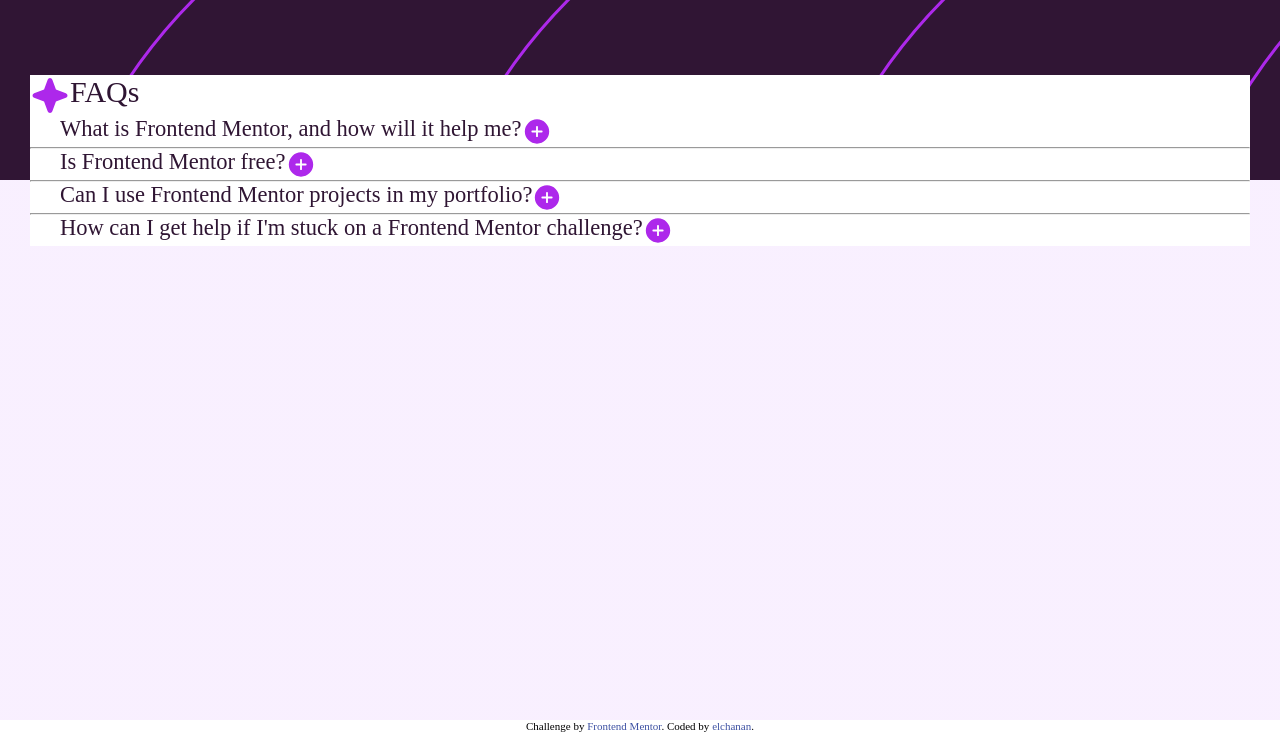
Repository: elchananChen/frontend-mentor-projects
Page: 2024/10/faQs/index.html
An editor plug-in stored every save of this project. The page is shown before and after the next save, followed by the edit.
The browser window is 1280 px wide. The pictures show the whole page.

Above is the page before, as saved 2024-10-13 06:10:24.

### 2024/10/faQs/index.html
<!DOCTYPE html>
<html lang="en">
  <head>
    <meta charset="UTF-8" />
    <meta name="viewport" content="width=device-width, initial-scale=1.0" />

    <link
      rel="icon"
      type="image/png"
      sizes="32x32"
      href="./assets/images/favicon-32x32.png"
    />

    <title>Frontend Mentor | FAQ accordion</title>

    <style>
      .attribution {
        font-size: 11px;
        text-align: center;
      }
      .attribution a {
        color: hsl(228, 45%, 44%);
      }
    </style>
    <link rel="stylesheet" href="./style.css" />
  </head>
  <body>
    <article>
      <div class="card">
        <header>
          <div class="flex">
            <div><img src="./assets/images/icon-star.svg" alt="" /></div>
            <h1>FAQs</h1>
          </div>
        </header>
        <main>
          <div class="flex Q-wrapper">
            <h3>What is Frontend Mentor, and how will it help me?</h3>
            <div><img src="./assets/images/icon-plus.svg" alt="" /></div>
          </div>
          <p class="hidden">
            Frontend Mentor offers realistic coding challenges to help
            developers improve their frontend coding skills with projects in
            HTML, CSS, and JavaScript. It's suitable for all levels and ideal
            for portfolio building.
          </p>
          <hr />
          <div class="flex Q-wrapper">
            <h3>Is Frontend Mentor free?</h3>
            <div><img src="./assets/images/icon-plus.svg" alt="" /></div>
          </div>
          <p class="hidden">
            Yes, Frontend Mentor offers both free and premium coding challenges,
            with the free option providing access to a range of projects
            suitable for all skill levels.
          </p>
          <hr />
          <div class="flex Q-wrapper">
            <h3>Can I use Frontend Mentor projects in my portfolio?</h3>
            <div><img src="./assets/images/icon-plus.svg" alt="" /></div>
          </div>
          <p class="hidden">
            Yes, you can use projects completed on Frontend Mentor in your
            portfolio. It's an excellent way to showcase your skills to
            potential employers!
          </p>
          <hr />
          <div class="flex Q-wrapper">
            <h3>
              How can I get help if I'm stuck on a Frontend Mentor challenge?
            </h3>
            <div><img src="./assets/images/icon-plus.svg" alt="" /></div>
          </div>
          <p class="hidden">
            The best place to get help is inside Frontend Mentor's Discord
            community. There's a help channel where you can ask questions and
            seek support from other community members.
          </p>
        </main>
      </div>
    </article>
    <div class="attribution">
      Challenge by
      <a href="https://www.frontendmentor.io?ref=challenge" target="_blank"
        >Frontend Mentor</a
      >. Coded by <a href="#">elchanan</a>.
    </div>
  </body>
</html>

### 2024/10/faQs/style.css
@import url("./css/reset.css");
@import url("./css/varieble.css");
@import url("./css/fonts.css");
@import url("./css/utilities.css");

article {
  min-height: 100vh;
  width: 100%;
  padding: 2rem;
  padding-block: 5rem;
  background: linear-gradient(180deg, transparent 25%, hsl(275, 100%, 97%) 25%),
    url("./assets/images/background-pattern-mobile.svg");
}
.card {
  /* min-height: 100vh; */
  background-color: var(--color-White);
}
header {
}
h1 {
  font-size: 2rem;
  color: var(--color-Dark-purple);
}
h3 {
  font-size: 1.5rem;
  color: var(--color-Dark-purple);
}
.Q-wrapper {
  padding-inline: 2rem;
}

### 2024/10/faQs/css/reset.css
* {
  box-sizing: border-box;
  margin: 0;
  padding: 0;
}
html {
  font-family: "overpass-Regular";
}
html,
body {
  min-height: 100vh;
  width: 100%;
  font-size: 15px;
}

img {
  display: block;
  max-width: 100%;
}
h1,
h2,
h3,
h4,
h5,
h6 {
  font-size: 1rem;
  font-weight: normal;
}
button {
  border: 0px;
}

ul,
ol {
  padding-left: 0.5rem;
}
a {
  text-decoration: none;
  color: inherit;
}

### 2024/10/faQs/css/varieble.css
:root {
  --color-White: hsl(0, 0%, 100%);
  --color-Light-pink: hsl(275, 100%, 97%);
  --color-Grayish-purple: hsl(292, 16%, 49%);
  --color-Dark-purple: hsl(292, 42%, 14%);
}

### 2024/10/faQs/css/utilities.css
.flex {
  display: flex;
}
.hidden {
  display: none;
}

Loaded but not shown: 2024/10/faQs/css/fonts.css (no copy from this time; the picture is the same without it)

After the next save:
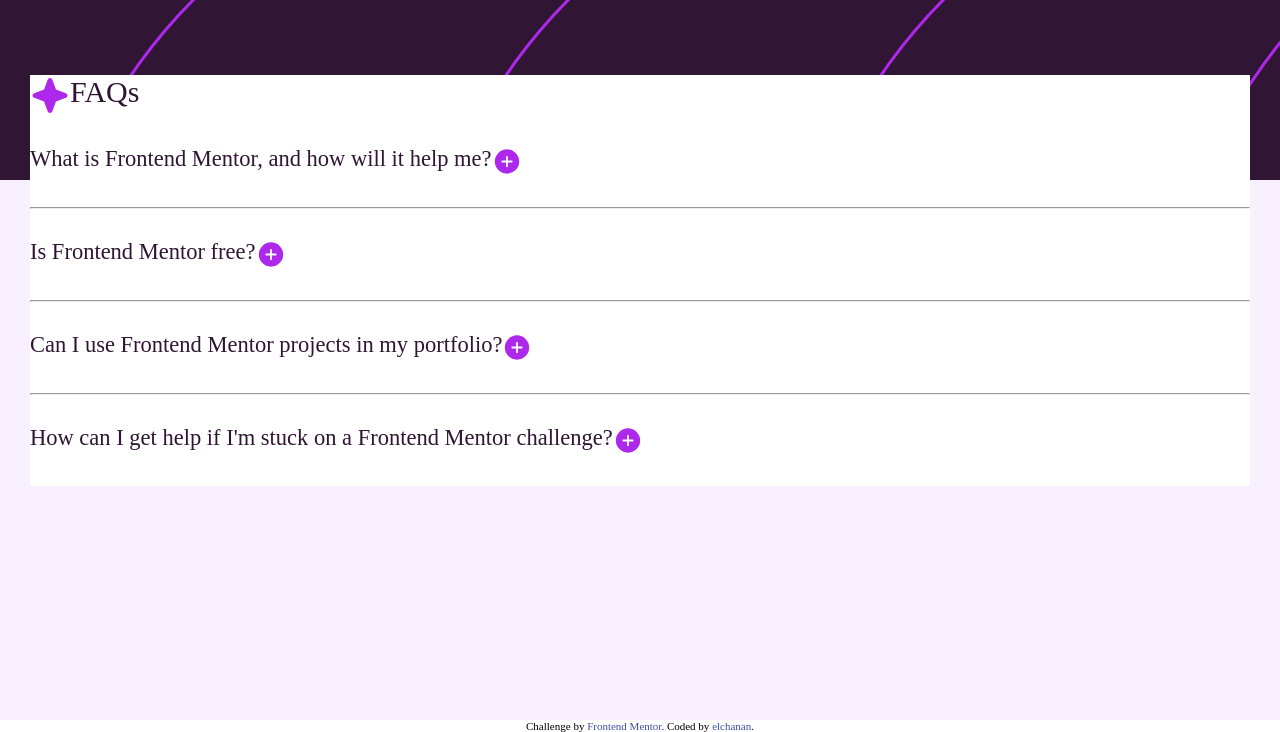
Saved 36 s later.
--- a/2024/10/faQs/style.css
+++ b/2024/10/faQs/style.css
@@ -26,5 +26,5 @@
   color: var(--color-Dark-purple);
 }
 .Q-wrapper {
-  padding-inline: 2rem;
+  padding-block: 2rem;
 }
